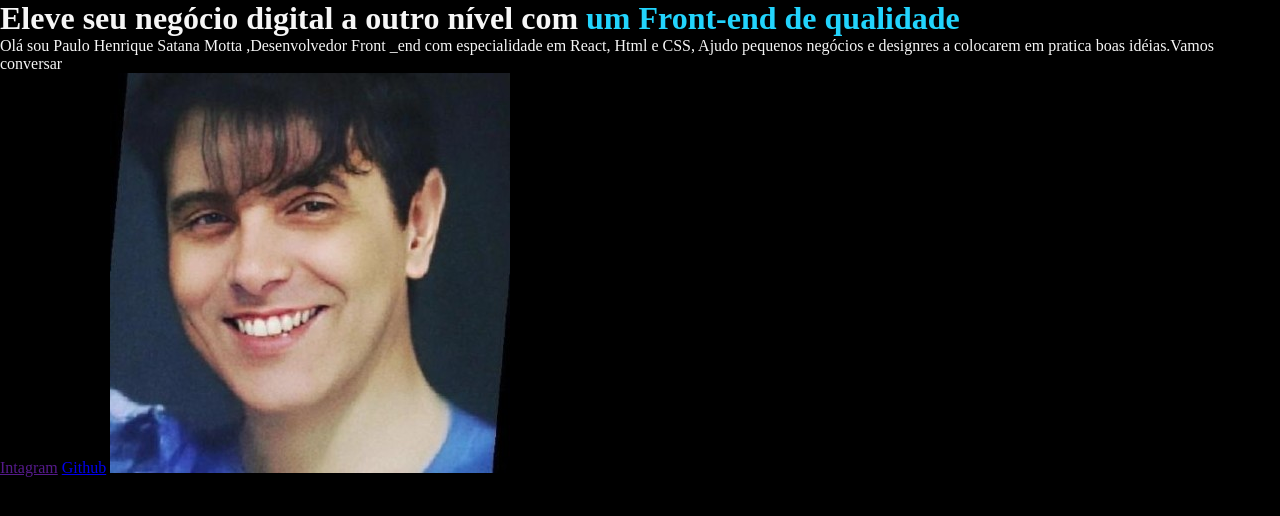
Repository: phsmottanerd/projeto-portfolio-alura
Page: index.html
The author's editor kept a copy of each file at every save. The page is drawn from the files as they stood at one save, then again after the next save.
The browser window is 1280 px wide. The pictures show the whole page.

Above is the page before, as saved 2025-01-13 18:22:01.

After the next save:
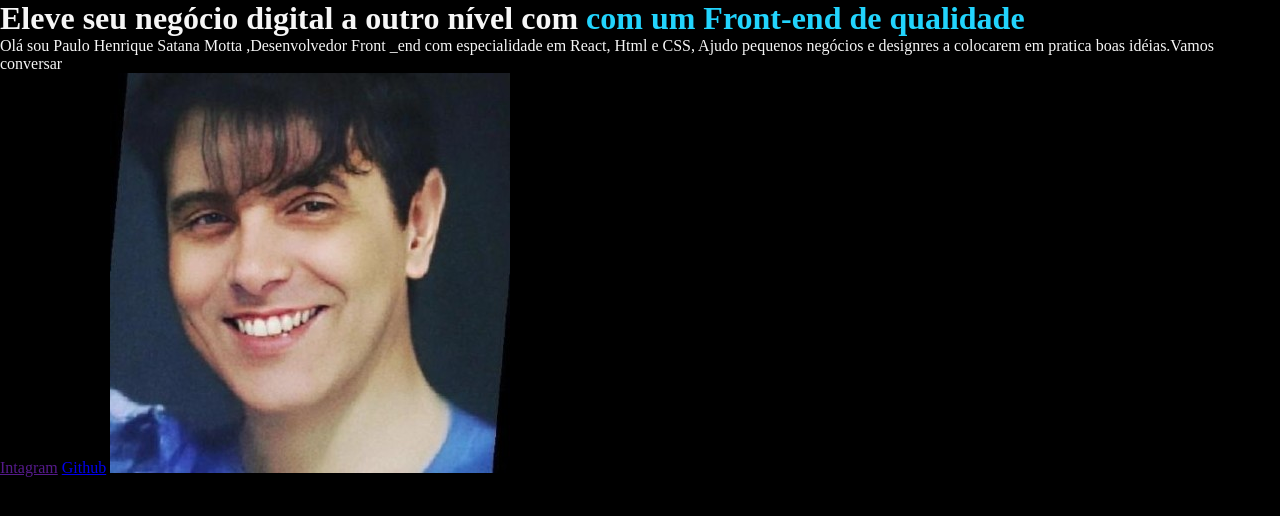
Saved 8 days later.
--- a/index.html
+++ b/index.html
@@ -9,7 +9,7 @@
 <body>
     <header></header>
     <main>
-        <h1> Eleve seu negócio digital a outro nível com <strong> um Front-end de qualidade</strong></h1>
+        <h1> Eleve seu negócio digital a outro nível com <strong class="titulo-destaque">  com um Front-end de qualidade</strong></h1>
     <p>Olá sou Paulo Henrique Satana Motta ,Desenvolvedor Front _end
          com especialidade em React, Html e CSS, Ajudo pequenos negócios e designres a colocarem em pratica boas
          idéias.Vamos conversar
